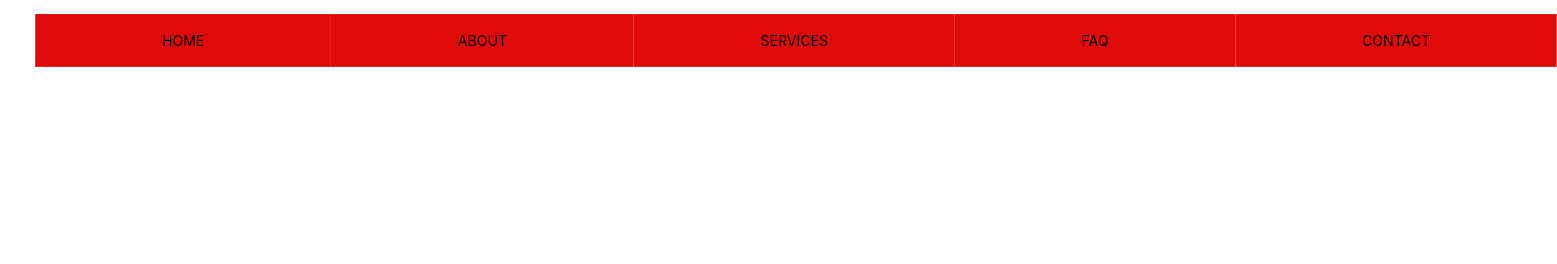
Repository: sriram1224/reactas1.github.io
Page: /
These files come from the project's save history. The page is drawn as it stood at one moment and after the next save; the edit follows.
The browser window is 1280 px wide. The page is 1769 px wide, so the pictures cover 1769 px, including what lies to the right of the window. The pictures show the whole page, at 88% of full size.
The project was rebuilt for these pictures with package versions that can differ from the ones it lists, and the page was loaded fresh each time.

Above is the page before, as saved 2024-03-05 06:59:54.

After the next save:
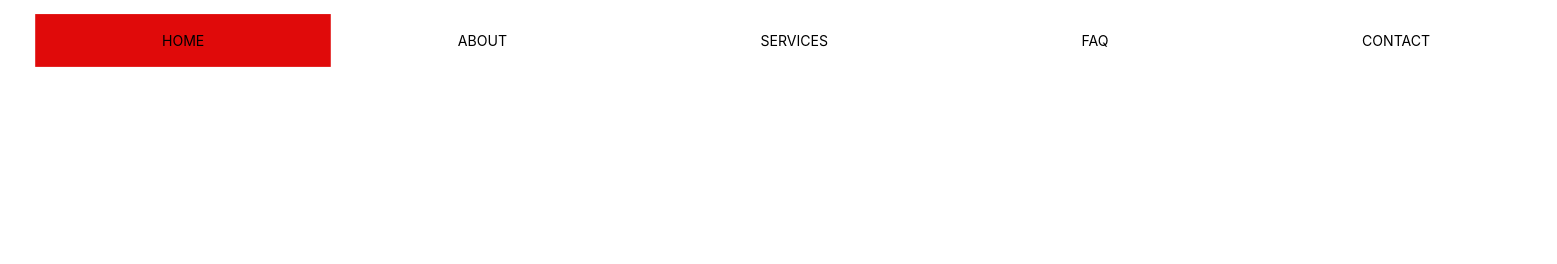
Saved 13 s later.
--- a/src/Components/Nav.css
+++ b/src/Components/Nav.css
@@ -17,7 +17,7 @@
 .Nav ul li{
     padding: 20px 9rem;
 
-    background-color: rgb(224, 10, 10);
+    background-color: rgb(255, 255, 255);
     text-align: center;
 }
 #first{
